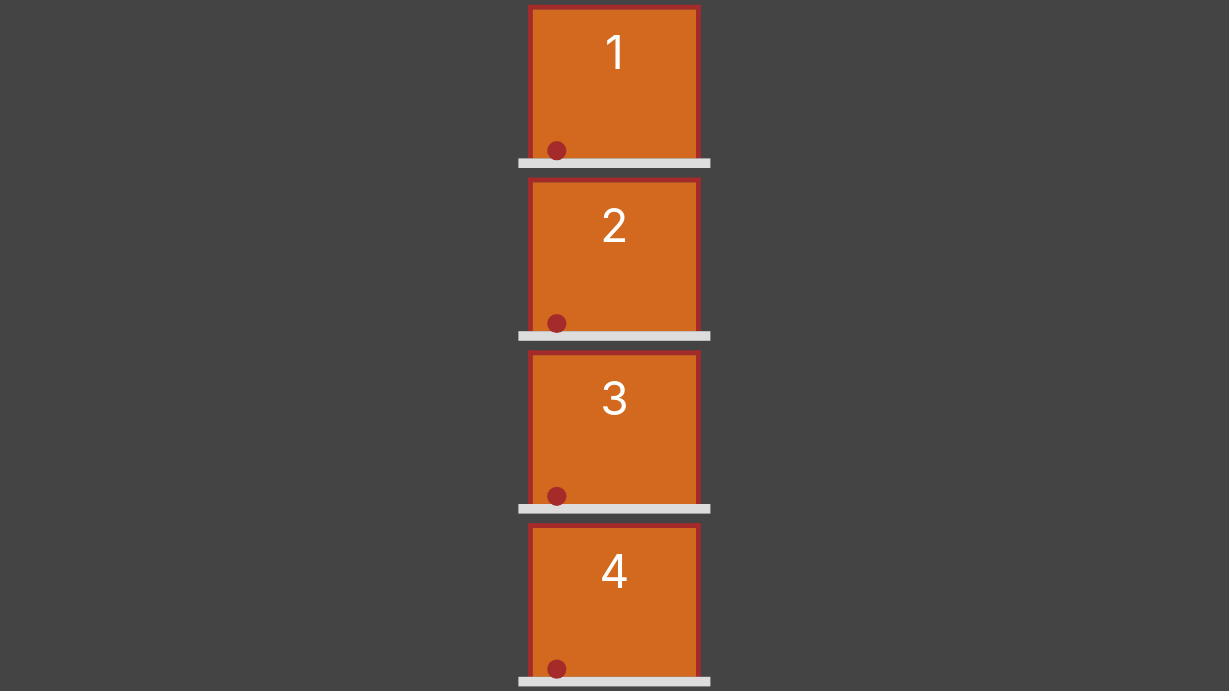
Repository: Mira757/Projeto-Porta-Premiada
Page: /jogo
The author's editor kept a copy of each file at every save. The page is drawn from the files as they stood at one save, then again after the next save.
The browser window is 1280 px wide. The pictures show the whole page, at 96% of full size.
The project was rebuilt for these pictures with package versions that can differ from the ones it lists, and the page was loaded fresh each time. The framework's server and built-in components were replaced by stand-ins that run in the browser. Also part of the build but not shown: next.config.js, styles/Presente.module.css, components/Presente.jsx.

Above is the page before, as saved 2022-03-22 17:01:21.

After the next save:
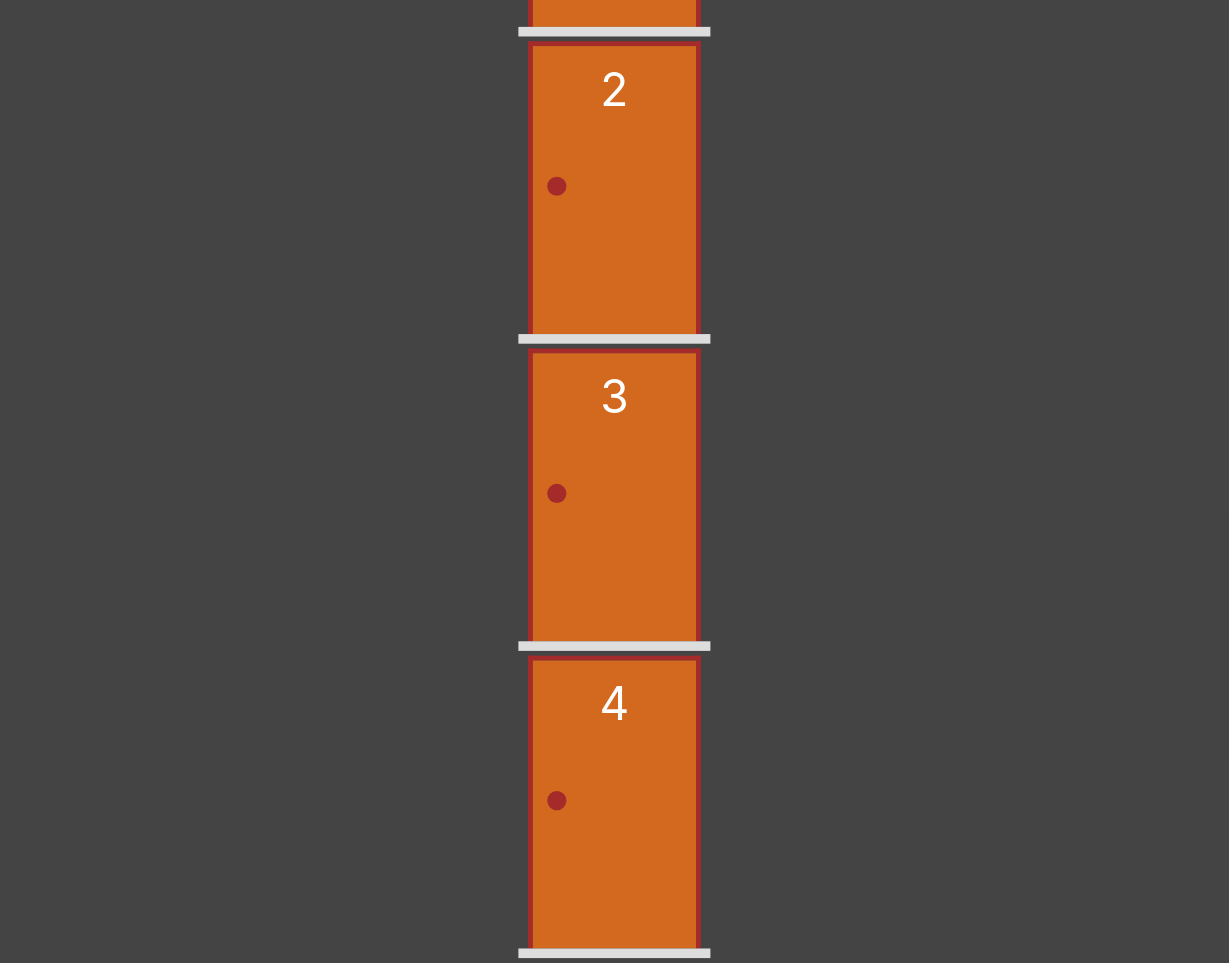
Saved 58 s later.
--- a/pages/jogo.tsx
+++ b/pages/jogo.tsx
@@ -14,7 +14,12 @@ export default function jogo () {
 
   return (
     <div id={styles.jogo}>
-      {renderizarPortas()}
+      <div>
+        {renderizarPortas()}
+      </div>
+      <div className={styles.botoes}>
+
+      </div>
     </div>
   )
 }
